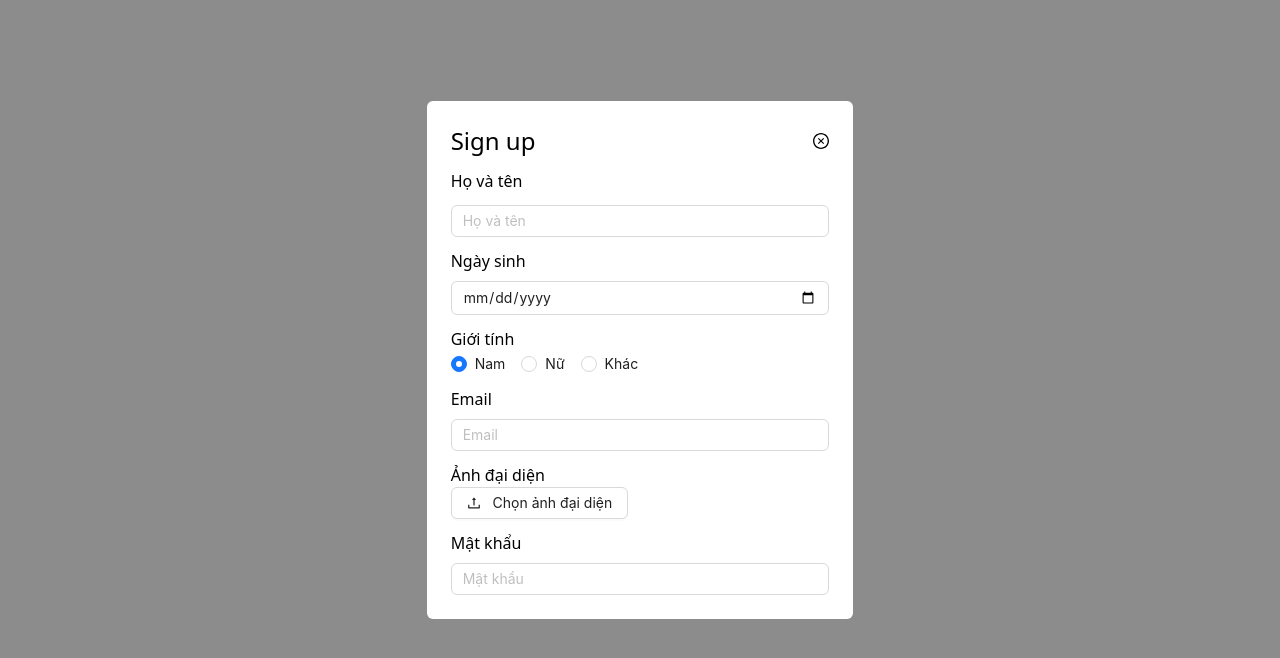
Repository: TinhTT336/MD02_Session14
Page: / (app in client/)
The author's editor kept a copy of each file at every save. The page is drawn from the files as they stood at one save, then again after the next save.
The browser window is 1280 px wide. The pictures show the whole page.
The project was rebuilt for these pictures with package versions that can differ from the ones it lists, and the page was loaded fresh each time. Also part of the build but not shown: client/vite.config.js, client/src/firebase/configFirebase.js, client/src/components/UploadSingleFile.jsx, client/src/components/register/register.css, client/src/components/register/Register.jsx, client/src/components/register/RegisterWithImg.jsx.

Above is the page before, as saved 2023-09-14 14:26:56.

After the next save:
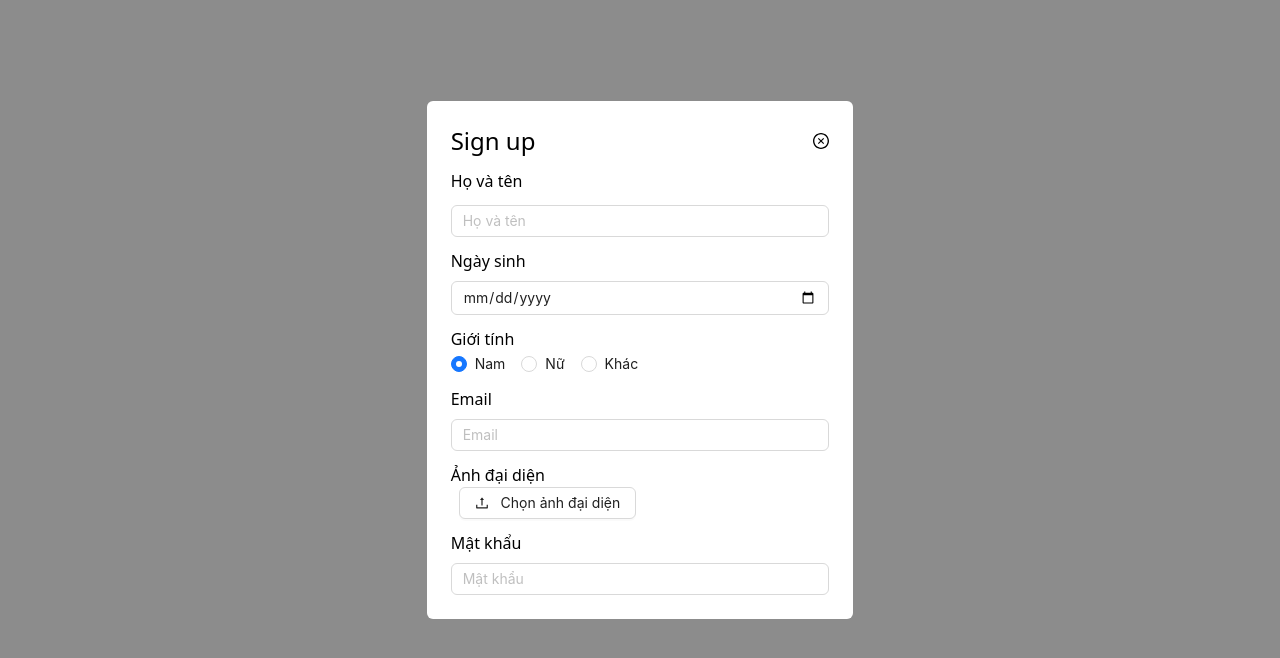
Saved 12 s later.
--- a/client/src/components/signup/Signup.jsx
+++ b/client/src/components/signup/Signup.jsx
@@ -56,7 +56,7 @@ export default function Signup() {
                     </div>
                     <div className='mt-3'>
                         <label htmlFor="avatar">Ảnh đại diện</label>
-                        <div>
+                        <div className='ms-2'>
                             <Upload {...props}>
                                 <Button icon={<UploadOutlined />}> Chọn ảnh đại diện</Button>
                             </Upload>
